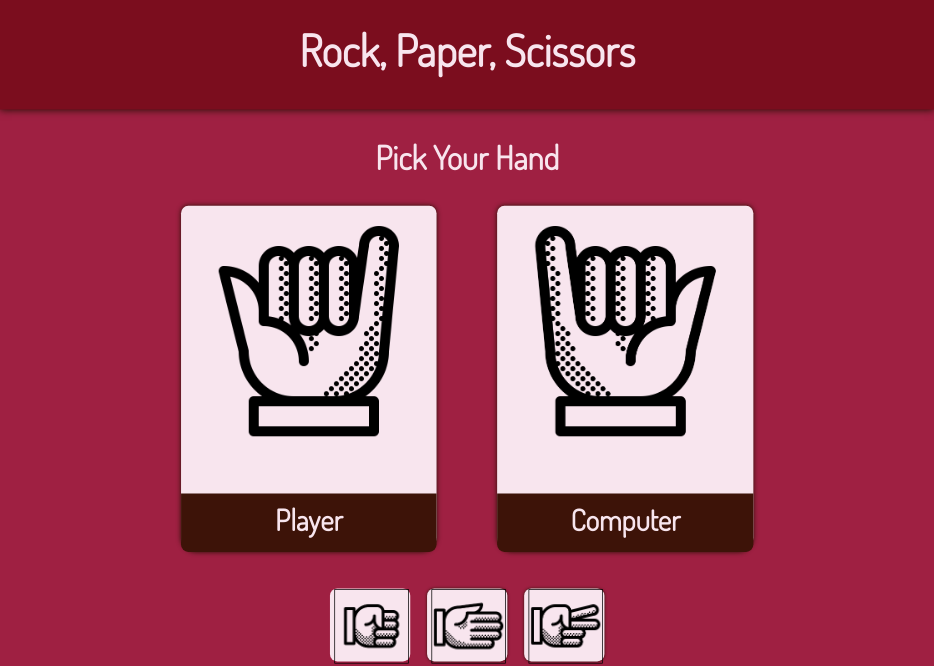
Repository: shayanabedi98/rock-paper-scissors
Page: index.html
These files come from the project's save history. The page is drawn as it stood at one moment and after the next save; the edit follows.
The browser window is 1280 px wide. The pictures show the whole page, at 73% of full size.
The first visible `#rock` is being pressed.

Above is the page before, as saved 2023-07-13 23:16:13.

### index.html
<!DOCTYPE html>
<html lang="en">
<head>
    <meta charset="UTF-8">
    <meta name="viewport" content="width=device-width, initial-scale=1.0">
    <title>Rock, Paper, Scissors</title>
    <link rel="preconnect" href="https://fonts.googleapis.com">
    <link rel="preconnect" href="https://fonts.gstatic.com" crossorigin>
    <link href="https://fonts.googleapis.com/css2?family=Dosis:wght@300&display=swap" rel="stylesheet">
    <link rel="stylesheet" href="styles.css">
</head>
<body>
    <div class="header">
        <h1>Rock, Paper, Scissors</h1>
    </div>
    <div class="caption">
        <h2>Pick Your Hand</h2>
    </div>
    <div class="container">
        <div class="card">
            <div class="player1">
                <img src="resources/startleft.png" alt="Starting image before game">
                <h3>Player</h3>
            </div>
        </div>
        <div class="card">
            <div class="computer">
                <img src="resources/start.png" alt="Starting image before game">
                <h3>Computer</h3>
            </div>
        </div>
    </div>
    <div class="button-container">
        <button id="rock"><img src="resources/rockleft.png" alt="rock option"></button>
        <button id="paper"><img src="resources/paperleft.png" alt="paper option"></button>
        <button id="scissors"><img src="resources/scissorsleft.png" alt="scissors option"></button>
    </div>
    <script src="index.js"></script>
</body>
</html>

### styles.css
body {
    font-family:'Dosis', sans-serif;
    margin: 0;
    padding: 0;
    background-color: #9F2042;
    color: #F8E5EE;
}

h1 {
    font-size: 60px;
    margin-top: 0;

}

.header {
    text-align: center;
    background-color: #7B0D1E;
    height: 120px;
    padding-top: 30px;
    box-shadow: 0 0 10px 0 #211103;
}

.caption {
    text-align: center;
    font-size: 30px;
}

.container {
    text-align: center;
    display: block;
    margin-top: 30px;
}

.card {
    display: inline-block;
    background-color: #F8E5EE;
    box-shadow: 0 0 8px 0 #211103;
    margin: 0 40px;
    border-radius: 10px 10px 20px 20px;
}

.card img {
    height: 350px;
}

.card h3 {
    font-size: 40px;
    color: #F8E5EE;
    background-color: #3D1308;
    margin-bottom: 0;
    height: 70px;
    padding-top: 10px;
    border-radius: 0  0 10px 10px;
}

.button-container {
    text-align: center;
    margin-top: 50px;
}

#rock, #paper, #scissors {
    font-family: 'Dosis', sans-serif;
    background-color: #F8E5EE;
    color: #211103;
    width: 110px;
    height: 100px;
    cursor: pointer;
    border: 0;
    border-radius: 10px;
    box-shadow: 0 0 4px 0 #211103;
    margin: 0 10px;
}

#rock img, #paper img, #scissors img {
    height: 100px;
    border: 1px solid black;

}

#rock:active, #paper:active, #scissors:active, #rock img:active, #paper img:active, #scissors img:active {
    box-shadow: none;
    height: 100px;
}

### index.js
var scoreP = 0;
var scoreC = 0;
var caption = document.querySelector('.caption h2');

After the next save:
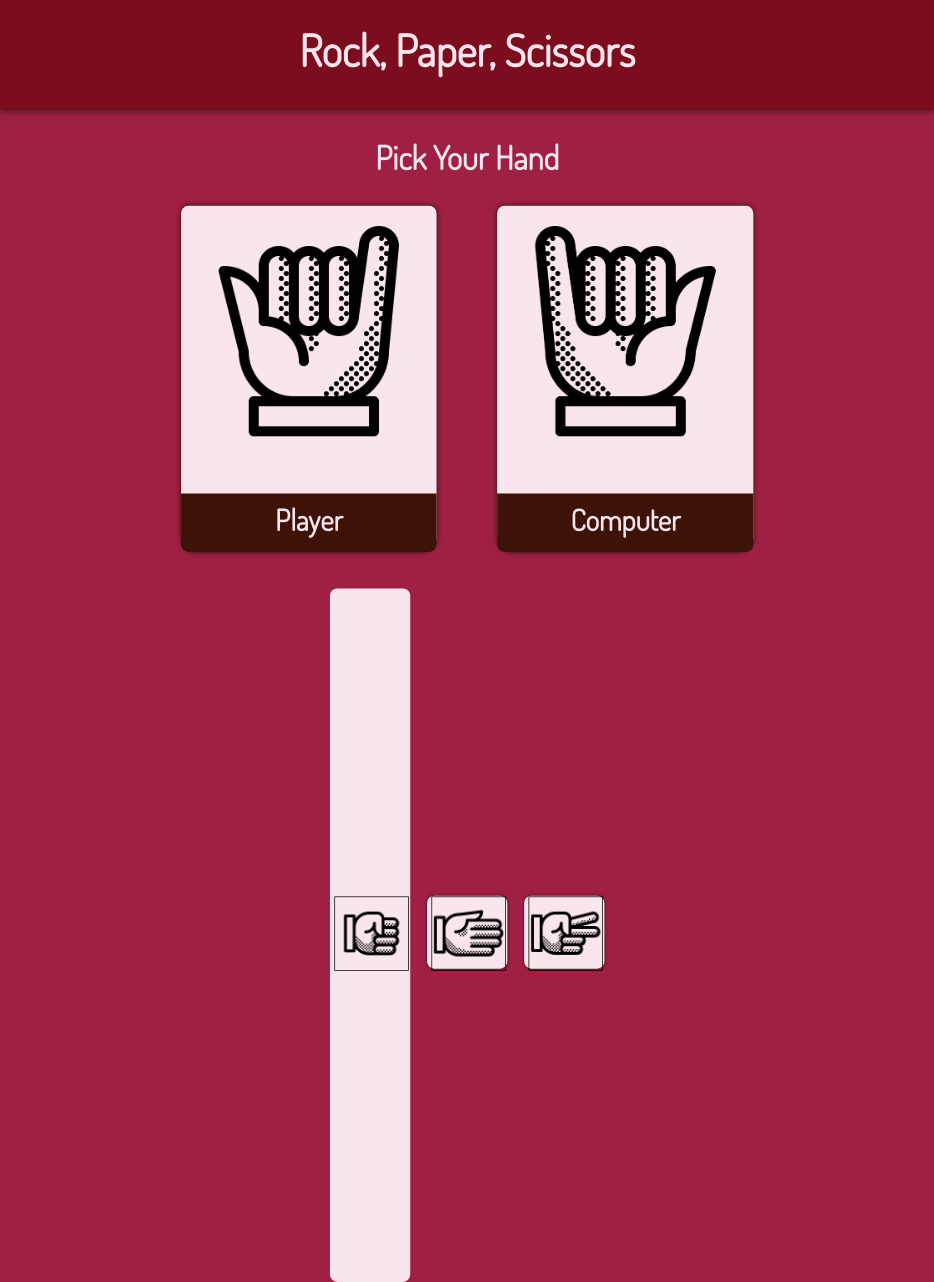
Saved 9 s later.
--- a/styles.css
+++ b/styles.css
@@ -79,5 +79,5 @@ h1 {
 
 #rock:active, #paper:active, #scissors:active, #rock img:active, #paper img:active, #scissors img:active {
     box-shadow: none;
-    height: 100px;
+    height: 950px;
 }

After the save that followed:
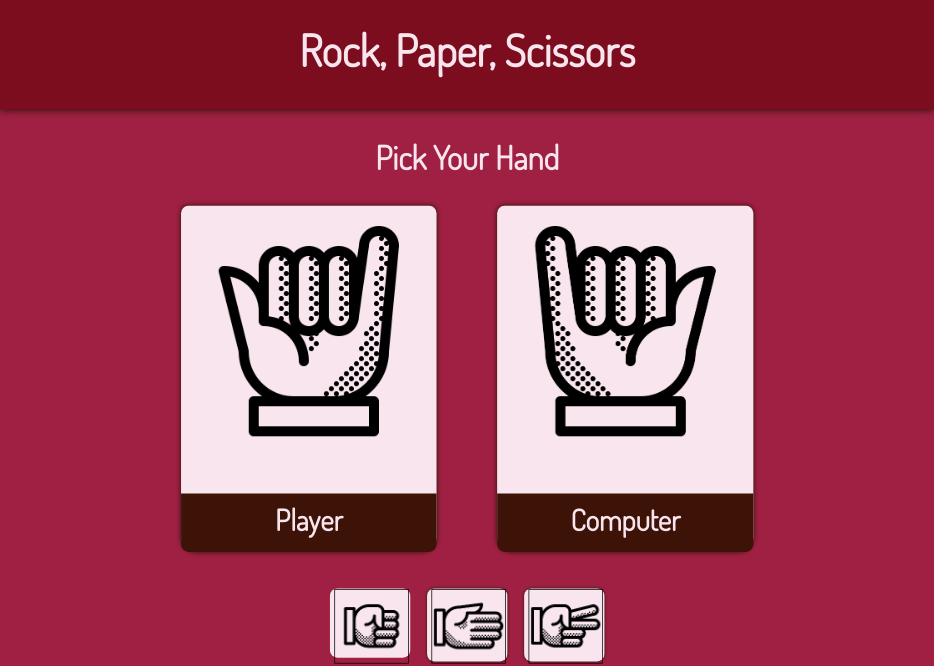
Saved 5 s later.
--- a/styles.css
+++ b/styles.css
@@ -79,5 +79,5 @@ h1 {
 
 #rock:active, #paper:active, #scissors:active, #rock img:active, #paper img:active, #scissors img:active {
     box-shadow: none;
-    height: 950px;
+    height: 95px;
 }
